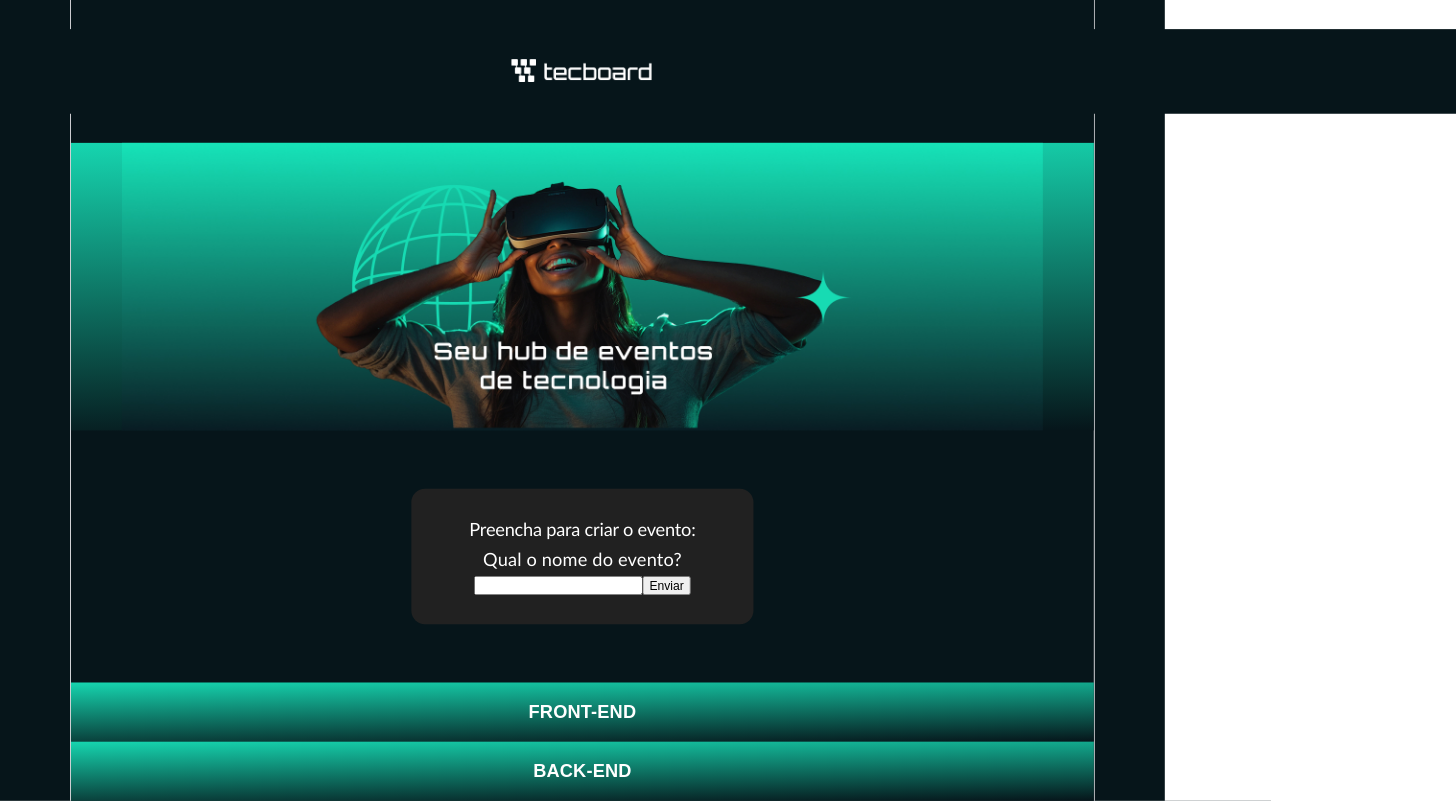
Repository: fernandadev12/techboard
Page: /
These files come from the project's save history. The page is drawn as it stood at one moment and after the next save; the edit follows.
The browser window is 1280 px wide. The page is 1600 px wide, so the pictures cover 1600 px, including what lies to the right of the window. The pictures show the whole page, at 91% of full size.
The project was rebuilt for these pictures with package versions that can differ from the ones it lists, and the page was loaded fresh each time. Also part of the build but not shown: vite.config.js.

Above is the page before, as saved 2026-06-14 14:46:48.

### index.html
<!doctype html>
<html lang="en">
  <head>
    <meta charset="UTF-8" />
    <link rel="icon" type="image/svg+xml" href="/favicon.svg" />
    <meta name="viewport" content="width=device-width, initial-scale=1.0" />
    <link rel="preconnect" href="https://fonts.googleapis.com" />
    <link rel="preconnect" href="https://fonts.gstatic.com" crossorigin />
    <link
      href="https://fonts.googleapis.com/css2?family=Orbitron:wght@400..900&display=swap"
      rel="stylesheet"
    />
    <title>techboard</title>
  </head>
  <body>
    <div id="root"></div>
    <script type="module" src="/src/main.jsx"></script>
  </body>
</html>

### src/index.css
:root {
  --text: #6b6375;
  --text-h: #08060d;
  --bg: #fff;
  --border: #e5e4e7;
  --code-bg: #f4f3ec;
  --accent: #aa3bff;
  --accent-bg: rgba(170, 59, 255, 0.1);
  --accent-border: rgba(170, 59, 255, 0.5);
  --social-bg: rgba(244, 243, 236, 0.5);
  --shadow:
    rgba(0, 0, 0, 0.1) 0 10px 15px -3px, rgba(0, 0, 0, 0.05) 0 4px 6px -2px;

  --sans: system-ui, "Segoe UI", Roboto, sans-serif;
  --heading: system-ui, "Segoe UI", Roboto, sans-serif;
  --mono: ui-monospace, Consolas, monospace;

  font: 18px/145% var(--sans);
  letter-spacing: 0.18px;
  color-scheme: light dark;
  color: var(--text);
  background: var(--bg);
  font-synthesis: none;
  text-rendering: optimizeLegibility;
  -webkit-font-smoothing: antialiased;
  -moz-osx-font-smoothing: grayscale;

  @media (max-width: 1024px) {
    font-size: 16px;
  }
}

@media (prefers-color-scheme: dark) {
  :root {
    --text: #9ca3af;
    --text-h: #f3f4f6;
    --bg: #16171d;
    --border: #2e303a;
    --code-bg: #1f2028;
    --accent: #c084fc;
    --accent-bg: rgba(192, 132, 252, 0.15);
    --accent-border: rgba(192, 132, 252, 0.5);
    --social-bg: rgba(47, 48, 58, 0.5);
    --shadow:
      rgba(0, 0, 0, 0.4) 0 10px 15px -3px, rgba(0, 0, 0, 0.25) 0 4px 6px -2px;
  }

  #social .button-icon {
    filter: invert(1) brightness(2);
  }
}

body {
  margin: 0;
  background-color: #06151a;
}

#root {
  width: 1126px;
  max-width: 100%;
  margin: 0 auto;
  text-align: center;
  border-inline: 1px solid var(--border);
  min-height: 100svh;
  display: flex;
  flex-direction: column;
  box-sizing: border-box;
}

h1,
h2 {
  font-family: var(--heading);
  font-weight: 500;
  color: var(--text-h);
}

h1 {
  font-size: 56px;
  letter-spacing: -1.68px;
  margin: 32px 0;
  @media (max-width: 1024px) {
    font-size: 36px;
    margin: 20px 0;
  }
}
h2 {
  font-size: 24px;
  line-height: 118%;
  letter-spacing: -0.24px;
  margin: 0 0 8px;
  @media (max-width: 1024px) {
    font-size: 20px;
  }
}
p {
  margin: 0;
}

code,
.counter {
  font-family: var(--mono);
  display: inline-flex;
  border-radius: 4px;
  color: var(--text-h);
}

code {
  font-size: 15px;
  line-height: 135%;
  padding: 4px 8px;
  background: var(--code-bg);
}

### src/App.jsx
import "./App.css";
import { Banner } from "./componentes/Banner";
import { Tema } from "./componentes/Tema";
import { FormularioDeEvento } from "./componentes/FormularioDeEvento";

function App() {
  const temas = [
    {
      id: 1,
      nome: "Front-end",
    },
    {
      id: 2,
      nome: "Back-end",
    },
    {
      id: 3,
      nome: "Mobile",
    },
    {
      id: 4,
      nome: "DevOps",
    },
    {
      id: 5,
      nome: "Inteligência Artificial",
    },
    {
      id: 6,
      nome: "Cloud",
    },
  ];

  return (
    <main>
      <header>
        <img src="/Header.png"></img>
      </header>
      <Banner />
      <FormularioDeEvento />
      <section>
        <Tema tema={temas[0]} />
      </section>
      <section>
        <Tema tema={temas[1]} />
      </section>
    </main>
  );
}

export default App;

### src/App.css
header {
  background-color: #06151a;
  padding: 32px;
  display: flex;
  justify-content: center;
}
section {
  background: linear-gradient(179deg, #16d5af 0%, #06151a);
  display: flex;
  justify-content: center;
}
section img {
  max-width: 90%;
}

.form-evento {
  background-color: #212121;
  padding: 32px 28px;
  border-radius: 15px;
  width: 394px;
  margin: 64px auto;
  max-width: 320px;
}
.hero {
  position: relative;

  .base,
  .framework,
  .vite {
    inset-inline: 0;
    margin: 0 auto;
  }

  .base {
    width: 170px;
    position: relative;
    z-index: 0;
  }

  .framework,
  .vite {
    position: absolute;
  }

  .framework {
    z-index: 1;
    top: 34px;
    height: 28px;
    transform: perspective(2000px) rotateZ(300deg) rotateX(44deg) rotateY(39deg)
      scale(1.4);
  }

  .vite {
    z-index: 0;
    top: 107px;
    height: 26px;
    width: auto;
    transform: perspective(2000px) rotateZ(300deg) rotateX(40deg) rotateY(39deg)
      scale(0.8);
  }
}

#center {
  display: flex;
  flex-direction: column;
  gap: 25px;
  place-content: center;
  place-items: center;
  flex-grow: 1;

  @media (max-width: 1024px) {
    padding: 32px 20px 24px;
    gap: 18px;
  }
}

#next-steps {
  display: flex;
  border-top: 1px solid var(--border);
  text-align: left;

  & > div {
    flex: 1 1 0;
    padding: 32px;
    @media (max-width: 1024px) {
      padding: 24px 20px;
    }
  }

  .icon {
    margin-bottom: 16px;
    width: 22px;
    height: 22px;
  }

  @media (max-width: 1024px) {
    flex-direction: column;
    text-align: center;
  }
}

#docs {
  border-right: 1px solid var(--border);

  @media (max-width: 1024px) {
    border-right: none;
    border-bottom: 1px solid var(--border);
  }
}

#next-steps ul {
  list-style: none;
  padding: 0;
  display: flex;
  gap: 8px;
  margin: 32px 0 0;

  .logo {
    height: 18px;
  }

  a {
    color: var(--text-h);
    font-size: 16px;
    border-radius: 6px;
    background: var(--social-bg);
    display: flex;
    padding: 6px 12px;
    align-items: center;
    gap: 8px;
    text-decoration: none;
    transition: box-shadow 0.3s;

    &:hover {
      box-shadow: var(--shadow);
    }
    .button-icon {
      height: 18px;
      width: 18px;
    }
  }

  @media (max-width: 1024px) {
    margin-top: 20px;
    flex-wrap: wrap;
    justify-content: center;

    li {
      flex: 1 1 calc(50% - 8px);
    }

    a {
      width: 100%;
      justify-content: center;
      box-sizing: border-box;
    }
  }
}

#spacer {
  height: 88px;
  border-top: 1px solid var(--border);
  @media (max-width: 1024px) {
    height: 48px;
  }
}

.ticks {
  position: relative;
  width: 100%;

  &::before,
  &::after {
    content: "";
    position: absolute;
    top: -4.5px;
    border: 5px solid transparent;
  }

  &::before {
    left: 0;
    border-left-color: var(--border);
  }
  &::after {
    right: 0;
    border-right-color: var(--border);
  }
}

### src/componentes/Banner/index.jsx
import "./bannerstyles.css";

export function Banner() {
  return (
    <section className="banner">
      <img src="/Banner.jpg"></img>
    </section>
  );
}

### src/componentes/Tema/index.jsx
import "./temastyles.css";

export function Tema({ tema }) {
  return <h3 className="titulotema">{tema.nome}</h3>;
}

### src/componentes/FormularioDeEvento/index.jsx
import { TituloFormulario } from "../TituloFormulario";
import { CampoFormulario } from "../CampoDeFormulario";
import { BotaoFormulario } from "../Botao";
import { LabelFormulario } from "../Label";

export function FormularioDeEvento() {
  return (
    <form className="form-evento">
      <TituloFormulario> Preencha para criar o evento:</TituloFormulario>
      <LabelFormulario htmlFor="nome">Qual o nome do evento?</LabelFormulario>
      <CampoFormulario />
      <input type="text" id="nome" />
      <BotaoFormulario />
    </form>
  );
}

### src/componentes/Banner/bannerstyles.css
.banner {
  background: linear-gradient(179deg, #16d5af 0%, #06151a);
  display: flex;
  justify-content: center;
}

.banner img {
  max-width: 90%;
}

### src/componentes/Tema/temastyles.css
.titulotema {
  color: #fff;
  font-family: "Orbiton", sans-serif;
  font-weight: 600;
  font-size: 20px;
  line-height: 125%;
  letter-spacing: 10%;
  vertical-align: middle;
  text-transform: uppercase;
}

### src/componentes/TituloFormulario/index.jsx
import "./titulostyle.css";

// export function TituloFormulario() {
//   return <h3 class="tituloform">Preencha para criar um evento:</h3>;
// }
export function TituloFormulario({ children }) {
  return <h2 className="tituloform">{children}</h2>;
}

### src/componentes/CampoDeFormulario/index.jsx
import "./campoformestyles.css";

export function CampoFormulario({ children }) {
  return <fieldset className="campoform">{children}</fieldset>;
}

### src/componentes/Botao/index.jsx
export function BotaoFormulario() {
  return <button type="submit">Enviar</button>;
}

### src/componentes/Label/index.jsx
import "./labelstyles.css";

export function LabelFormulario({ children, htmlFor }) {
  return (
    <label className="label" htmlFor={htmlFor}>
      {children}
    </label>
  );
}

### src/componentes/TituloFormulario/titulostyle.css
.tituloform {
  font-family:
    "Trebuchet MS", "Lucida Sans Unicode", "Lucida Grande", "Lucida Sans",
    Arial, sans-serif;
  font-weight: 400;
  font-size: 20px;
  line-height: 125%;
  color: #fff;
}

### src/componentes/CampoDeFormulario/campoformestyles.css
.campoform {
  display: flex;
  flex-direction: column;
  gap: 8px;
  border: none;
  padding: 0;
  margin: 0;
}

### src/componentes/Label/labelstyles.css
.label {
  font-family:
    "Trebuchet MS", "Lucida Sans Unicode", "Lucida Grande", "Lucida Sans",
    Arial, sans-serif;
  font-weight: 400;
  font-size: 20px;
  line-height: 125%;
  color: #fff;
}

### src/componentes/CampoDeEntrada/index.jsx
import "./campoentradastyles.css";

export function CampoDeEntrada(props) {
  return <input className="campoformularioinput" {...props} />;
}

### src/componentes/CampoDeEntrada/campoentradastyles.css
.campoformularioinput {
  border-radius: 8px;
  background-color: transparent;
  border: 1px solid #4a4949;
  color: #fff;
  padding: 8px 16px;
}

.campoformularioinput:placeholder {
  color: #4a4949;
}

Loaded but not shown: src/main.jsx (common file)

After the next save:
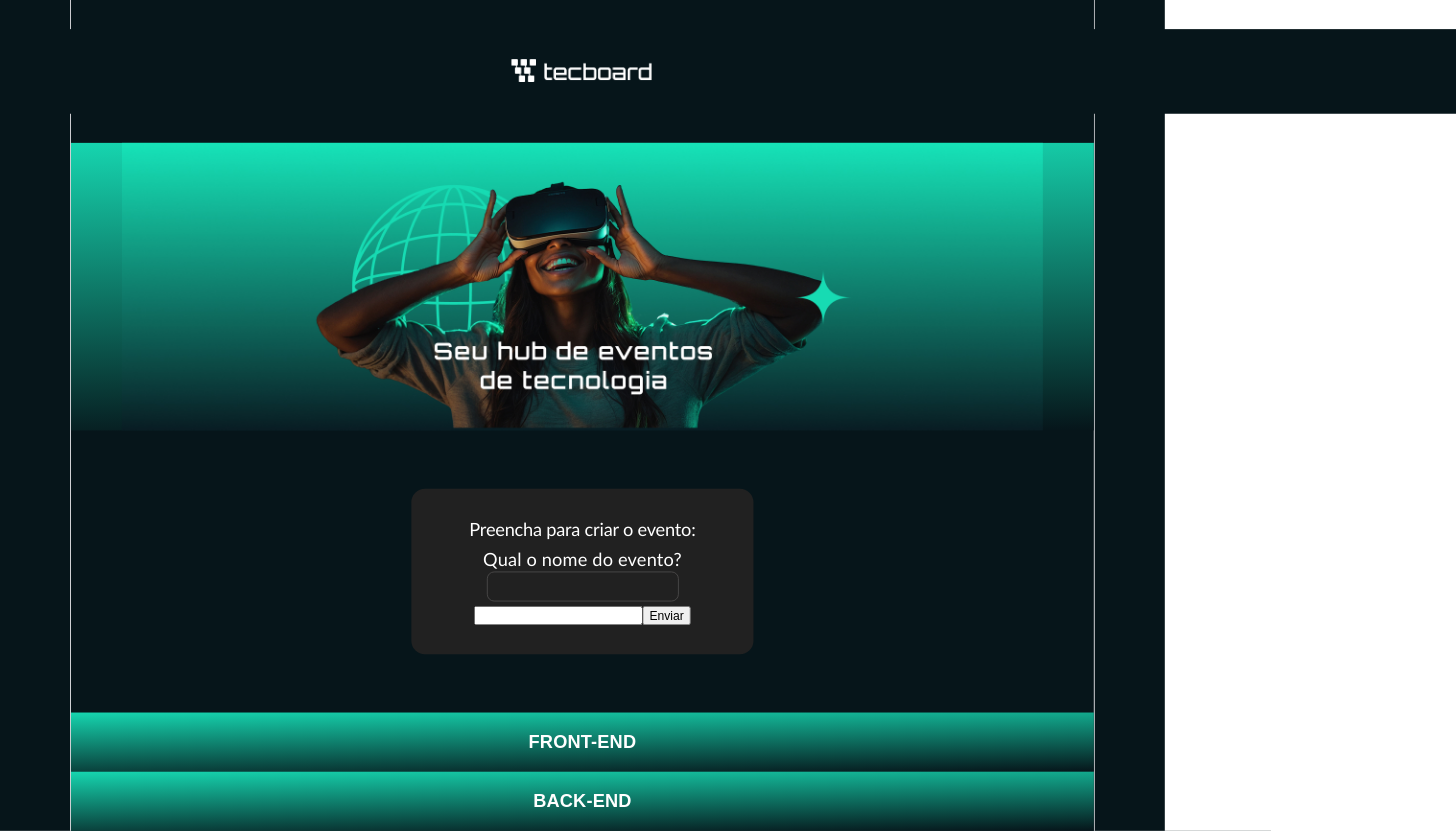
Saved 34 s later.
--- a/src/componentes/FormularioDeEvento/index.jsx
+++ b/src/componentes/FormularioDeEvento/index.jsx
@@ -2,12 +2,15 @@
 import { CampoFormulario } from "../CampoDeFormulario";
 import { BotaoFormulario } from "../Botao";
 import { LabelFormulario } from "../Label";
+import { CampoDeEntrada } from "../CampoDeEntrada";
 
 export function FormularioDeEvento() {
   return (
     <form className="form-evento">
       <TituloFormulario> Preencha para criar o evento:</TituloFormulario>
       <LabelFormulario htmlFor="nome">Qual o nome do evento?</LabelFormulario>
+      <CampoDeEntrada />
+
       <CampoFormulario />
       <input type="text" id="nome" />
       <BotaoFormulario />
